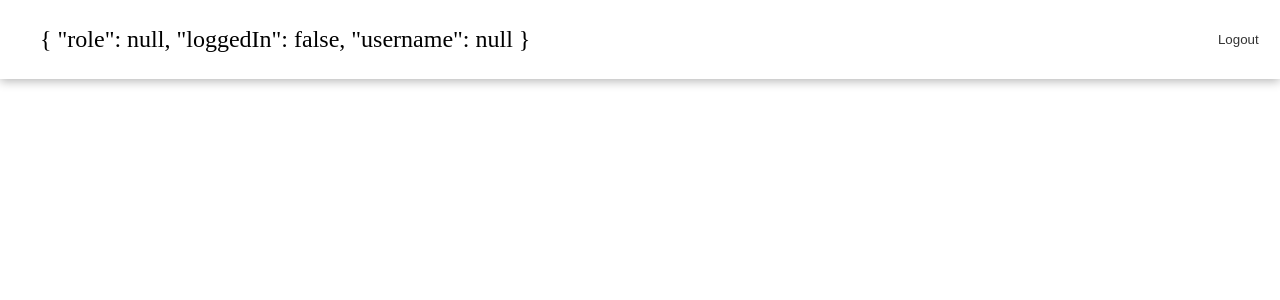
Repository: Edmund-Kiama/todoPHP
Page: /admin (app in task-manager-frontend/)
The author's editor kept a copy of each file at every save. The page is drawn from the files as they stood at one save, then again after a run of saves.
The browser window is 1280 px wide. The pictures show the whole page.
The project was rebuilt for these pictures with package versions that can differ from the ones it lists, and the page was loaded fresh each time. Also part of the build but not shown: task-manager-frontend/vite.config.js, task-manager-frontend/src/components/Auth/login.css, task-manager-frontend/src/components/Auth/Login.vue, task-manager-frontend/src/components/Admin/admin.css, task-manager-frontend/src/components/User/user.css, task-manager-frontend/src/components/User/UserDashboard.vue, task-manager-frontend/src/components/Auth/signup.css, task-manager-frontend/src/components/Auth/Signup.vue.

Above is the page before, as saved 2025-07-13 11:25:46.
Console error: TypeError: Cannot read properties of null (reading 'name')

After the next 4 saves:
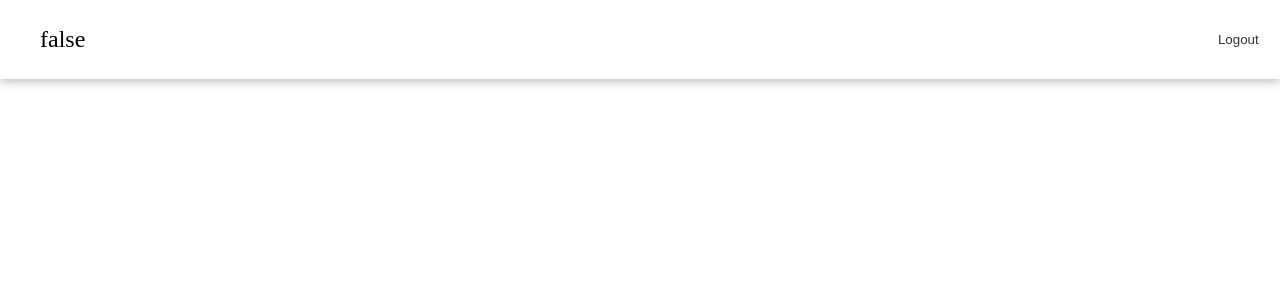
The 4 saves are shown as one change because they came seconds apart.
The last was saved 8 s later.
--- a/task-manager-frontend/src/components/Navbar/Navbar.vue
+++ b/task-manager-frontend/src/components/Navbar/Navbar.vue
@@ -41,7 +41,7 @@ function logout() {
 <template>
   <nav  class="navbar">
     <ul>
-      <li>{{ storedUser }}</li>
+      <li>{{ storedUser.loggedIn }}</li>
       <!-- <li v-if="storedUser.user.role === 'user'">User Dashboard</li>
       <li v-if="storedUser.user.role === 'admin'">Admin Dashboard</li> -->
       <li><button @click="logout">Logout</button></li>
